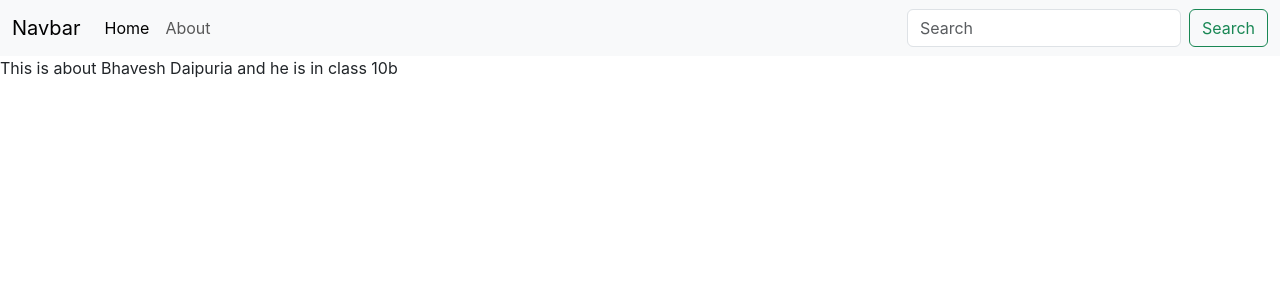
Repository: bhaveshdaipuria/inotebook
Page: /about
An editor plug-in stored every save of this project. The page is shown before and after the next save, followed by the edit.
The browser window is 1280 px wide. The pictures show the whole page.
The project was rebuilt for these pictures with package versions that can differ from the ones it lists, and the page was loaded fresh each time. Also part of the build but not shown: src/App.css, src/components/Home.js.

Above is the page before, as saved 2023-05-03 12:01:30.

### public/index.html
<!DOCTYPE html>
<html lang="en">
  <head>
    <meta charset="utf-8" />
    <link rel="icon" href="%PUBLIC_URL%/favicon.ico" />
    <meta name="viewport" content="width=device-width, initial-scale=1" />
    <meta name="theme-color" content="#000000" />
    <meta
      name="description"
      content="Web site created using create-react-app"
    />
    <link rel="apple-touch-icon" href="%PUBLIC_URL%/logo192.png" />
    <link href="https://cdn.jsdelivr.net/npm/bootstrap@5.3.0-alpha3/dist/css/bootstrap.min.css" rel="stylesheet" integrity="sha384-KK94CHFLLe+nY2dmCWGMq91rCGa5gtU4mk92HdvYe+M/SXH301p5ILy+dN9+nJOZ" crossorigin="anonymous">
    <!--
      manifest.json provides metadata used when your web app is installed on a
      user's mobile device or desktop. See https://developers.google.com/web/fundamentals/web-app-manifest/
    -->
    <link rel="manifest" href="%PUBLIC_URL%/manifest.json" />
    <!--
      Notice the use of %PUBLIC_URL% in the tags above.
      It will be replaced with the URL of the `public` folder during the build.
      Only files inside the `public` folder can be referenced from the HTML.

      Unlike "/favicon.ico" or "favicon.ico", "%PUBLIC_URL%/favicon.ico" will
      work correctly both with client-side routing and a non-root public URL.
      Learn how to configure a non-root public URL by running `npm run build`.
    -->
    <title>iNotebook</title>
  </head>
  <body>
    <noscript>You need to enable JavaScript to run this app.</noscript>
    <div id="root"></div>
    <!--
      This HTML file is a template.
      If you open it directly in the browser, you will see an empty page.

      You can add webfonts, meta tags, or analytics to this file.
      The build step will place the bundled scripts into the <body> tag.

      To begin the development, run `npm start` or `yarn start`.
      To create a production bundle, use `npm run build` or `yarn build`.
    -->
  </body>
  <script src="https://cdn.jsdelivr.net/npm/bootstrap@5.3.0-alpha3/dist/js/bootstrap.bundle.min.js" integrity="sha384-ENjdO4Dr2bkBIFxQpeoTz1HIcje39Wm4jDKdf19U8gI4ddQ3GYNS7NTKfAdVQSZe" crossorigin="anonymous"></script>
</html>

### src/App.js
import './App.css';
import Navbar from './components/Navbar';
import Home  from './components/Home';
import { BrowserRouter, Routes, Route } from 'react-router-dom';
import About from './components/About';
import NoteState from './context/notes/NoteState';

function App() {
  return (
    <>
    <NoteState>
    <BrowserRouter>
    <Navbar/>
      <Routes>
      <Route exact path = '/home' element={<Home/>}/>
      <Route exact path = '/about' element={<About/>}/>
    </Routes>
    </BrowserRouter>
    </NoteState>
    </>
  );
}

export default App;

### src/components/Navbar.js
import React, { useEffect } from "react";
import { Link, useLocation } from "react-router-dom";

function Navbar() {
  let location = useLocation();
  useEffect(()=>{
    console.log(location.pathname)
  }, [location]);
  return (
    <nav className="navbar navbar-expand-lg bg-body-tertiary">
      <div className="container-fluid">
        <Link className="navbar-brand" to="/">
          Navbar
        </Link>
        <button
          className="navbar-toggler"
          type="button"
          data-bs-toggle="collapse"
          data-bs-target="#navbarSupportedContent"
          _aria-controls="navbarSupportedContent"
          aria-expanded="false"
          aria-label="Toggle navigation"
        >
          <span className="navbar-toggler-icon"></span>
        </button>
        <div className="collapse navbar-collapse" id="navbarSupportedContent">
          <ul className="navbar-nav me-auto mb-2 mb-lg-0">
            <li className="nav-item">
              <Link className="nav-link active" aria-current="page" to="/home">
                Home
              </Link>
            </li>
            <li className="nav-item">
              <Link className="nav-link" to="/about">
                About
              </Link>
            </li>
          </ul>
          <form className="d-flex" role="search">
            <input
              className="form-control me-2"
              type="search"
              placeholder="Search"
              aria-label="Search"
            />
            <button className="btn btn-outline-success" type="submit">
              Search
            </button>
          </form>
        </div>
      </div>
    </nav>
  );
}

export default Navbar;

### src/components/About.js
import React, {useContext, useEffect} from 'react'
import noteContext from '../context/notes/noteContext';

const About = ()=>{
  const a = useContext(noteContext);
  useEffect(()=>{
    a.update();
  }, []);
  return (
    <div>
      This is about {a.state.name} and he is in class {a.state.class}
    </div>
  )
}

export default About;

### src/context/notes/NoteState.js
import NoteContext from "./noteContext";
import { useState } from "react";

const  NoteState = (props)=>{
    const s1 = {
        "name": "Bhavesh",
        "class": "5b"
    }
    const [state, setState] = useState(s1);
    const update = ()=>{
        setTimeout(()=>{
            setState({
                "name": "Bhavesh Daipuria",
                "class": "10b"
            })
        }, 1000)
    }
    return(
        <NoteContext.Provider value={{state, update}}>
            {props.children}
        </NoteContext.Provider>
    )
}

export default NoteState;

Loaded but not shown: src/index.js (common file); src/index.css (common file); src/context/notes/noteContext.js (common file)

After the next save:
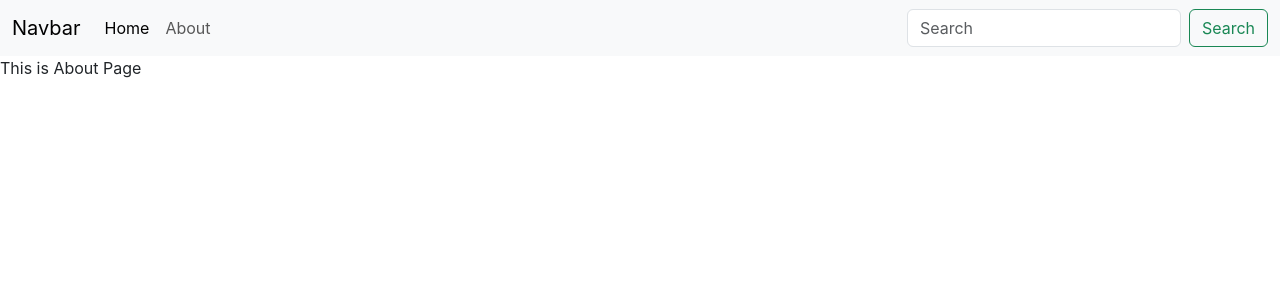
Saved 118 s later.
--- a/src/components/About.js
+++ b/src/components/About.js
@@ -2,13 +2,9 @@ import React, {useContext, useEffect} from 'react'
 import noteContext from '../context/notes/noteContext';
 
 const About = ()=>{
-  const a = useContext(noteContext);
-  useEffect(()=>{
-    a.update();
-  }, []);
   return (
     <div>
-      This is about {a.state.name} and he is in class {a.state.class}
+      This is About Page
     </div>
   )
 }
